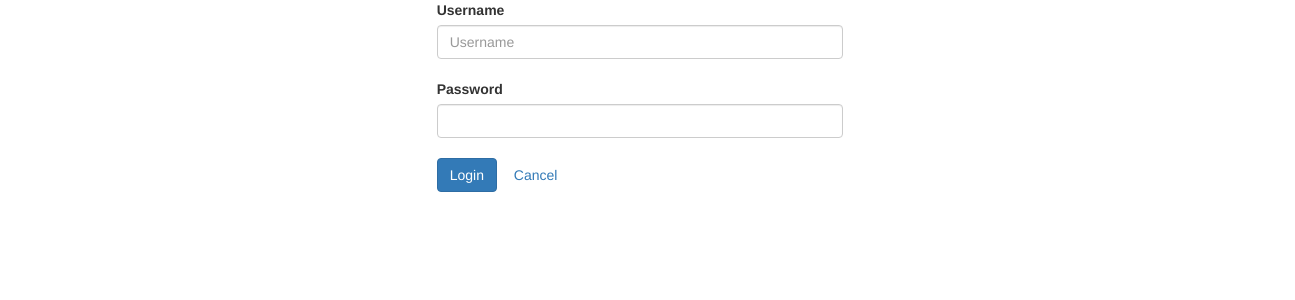
Repository: thefad3/python-mvc-firebase
Page: templates/login.html
The author's editor kept a record of every edit. The page is drawn from the files as they stood at one moment, then again after the next edit.
The browser window is 1280 px wide. The page is 1295 px wide, then 1280 px, so the pictures cover 1295 px, including what lies to the right of the window. The pictures show the whole page.

Above is the page before.
Console error (its wording comes from the project's code and is left out).

After the next edit:
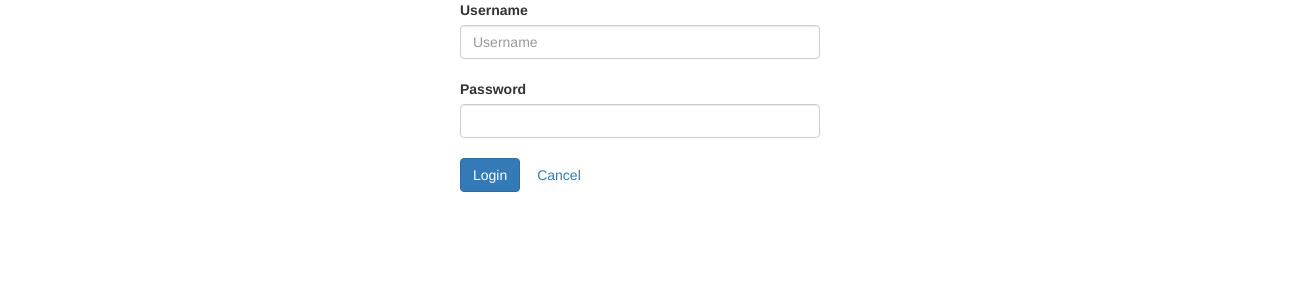
The edit:
--- a/templates/login.html
+++ b/templates/login.html
@@ -1,5 +1,11 @@
-<link href="//maxcdn.bootstrapcdn.com/bootstrap/3.3.2/css/bootstrap.min.css" rel="stylesheet">
-<script src="//maxcdn.bootstrapcdn.com/bootstrap/3.3.2/js/bootstrap.min.js"></script>
+<!DOCTYPE html>
+    <head>
+        <script src="//maxcdn.bootstrapcdn.com/bootstrap/3.3.2/js/bootstrap.min.js"></script>
+        <link href="//maxcdn.bootstrapcdn.com/bootstrap/3.3.2/css/bootstrap.min.css" rel="stylesheet">
+        <title>Welcome!</title>
+    </head>
+<body>
+<div class="container">
 <div class="row">
         <div class="col-md-4"></div>
         <div class="col-md-4">
